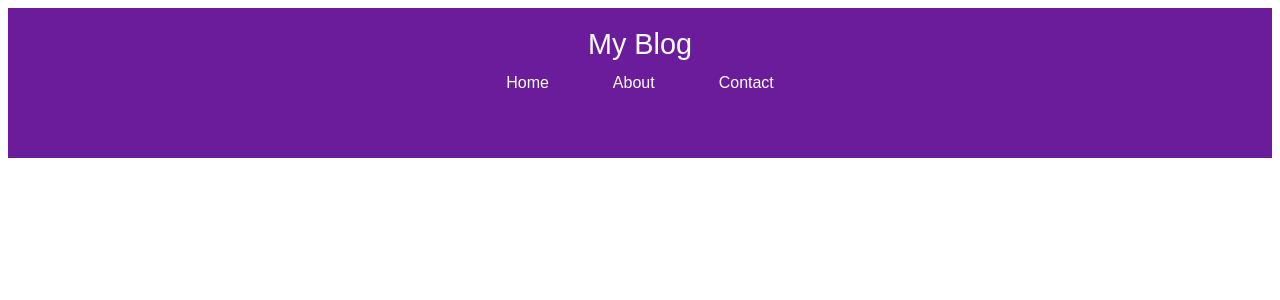
Repository: Femi007-gh/BLOG
Page: index.html
These files come from the project's save history. The page is drawn as it stood at one moment and after the next save; the edit follows.
The browser window is 1280 px wide. The pictures show the whole page.

Above is the page before, as saved 2025-01-08 07:37:59.

### index.html
<html>
  <head>
    <title>BLOG</title>
    <link rel="stylesheet" href="style.css">
  </head>
  <body>
    <header>
      <nav>
        <ul>
          <li><a href="#">Home</a></li>
          <li><a href="#">About</a></li>
          <li><a href="#">Contact</a></li>
        </ul>
      </nav>
    </header>
    <p>My Blog</p>
  </body>
</html>

### style.css
nav {
      background-color: 6B1C9B;
      height: 150px;
      flex-direction: column;
      display: flex;
      justify-content: center;
      align-items: center;
    }

    ul {
      list-style: none;
      margin-top: 1rem;
      padding: -0;
      display: flex;
      justify-content: center;
    }

    li {
      margin: 0 1rem;
    }

    a {
      color: white;
      text-decoration: none;
      font-family: Arial, sans-serif;
      padding: 1rem;
      display: block;
      font-size:
    }

    p {
      margin-top: -130px;
      font-size: 1.8rem;
      font-family: Arial;
      text-align: center;
      color: white;
    }

After the next save:
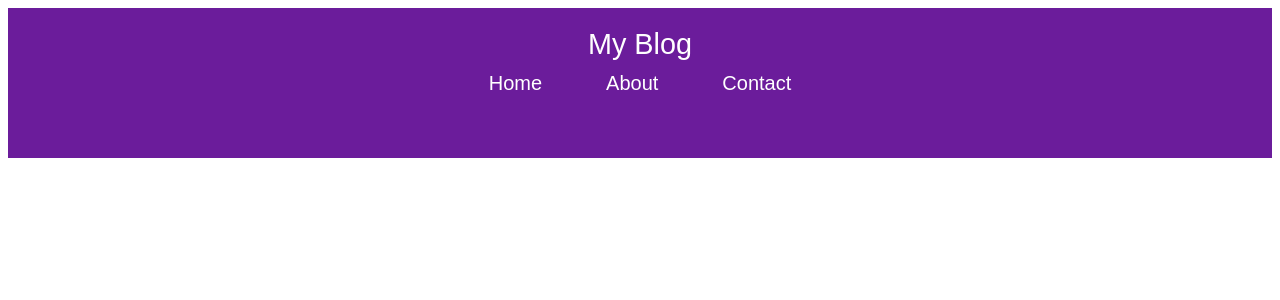
Saved 5 s later.
--- a/style.css
+++ b/style.css
@@ -25,7 +25,7 @@ nav {
       font-family: Arial, sans-serif;
       padding: 1rem;
       display: block;
-      font-size:
+      font-size: 20px;
     }
 
     p {
